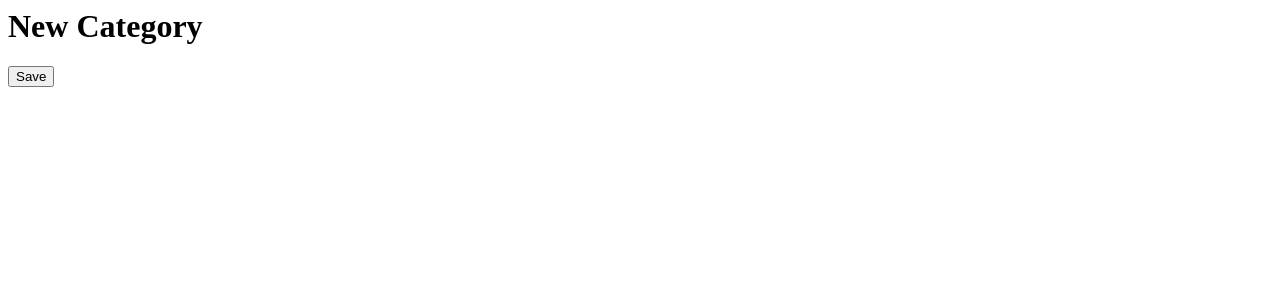
Repository: dvbondoy/peddler-pos
Page: www/product/templates/new-category-modal.html
An editor plug-in stored every save of this project. The page is shown before and after the next save, followed by the edit.
The browser window is 1280 px wide. The pictures show the whole page.

Above is the page before, as saved 2016-12-06 10:53:57.

After the next save:
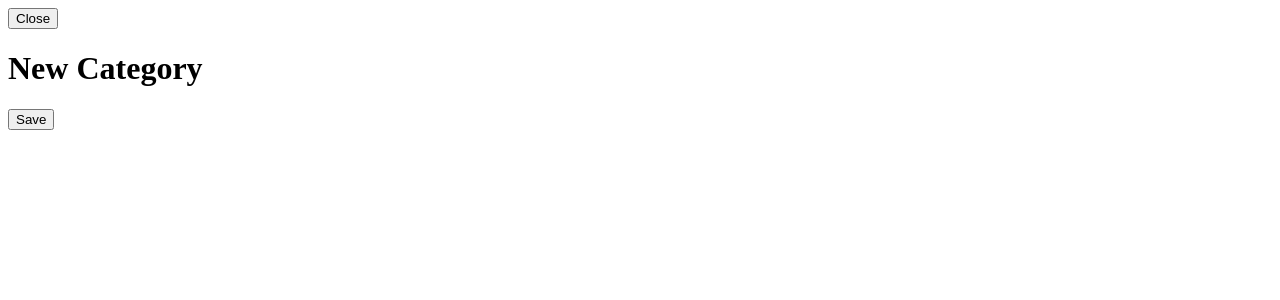
Saved 77 s later.
--- a/www/product/templates/new-category-modal.html
+++ b/www/product/templates/new-category-modal.html
@@ -1,10 +1,14 @@
 <ion-modal-view>
   <ion-header-bar>
+    <div class="buttons">
+      <button class="button">Close</button>
+    </div>
     <h1 class="title">New Category</h1>
+    <div class="buttons">
+      <button class="button">Save</button>
+    </div>
   </ion-header-bar>
-  <div class="button">
-    <button class="button">Save</button>
-  </div>
+
   <ion-content>
 
   </ion-content>
